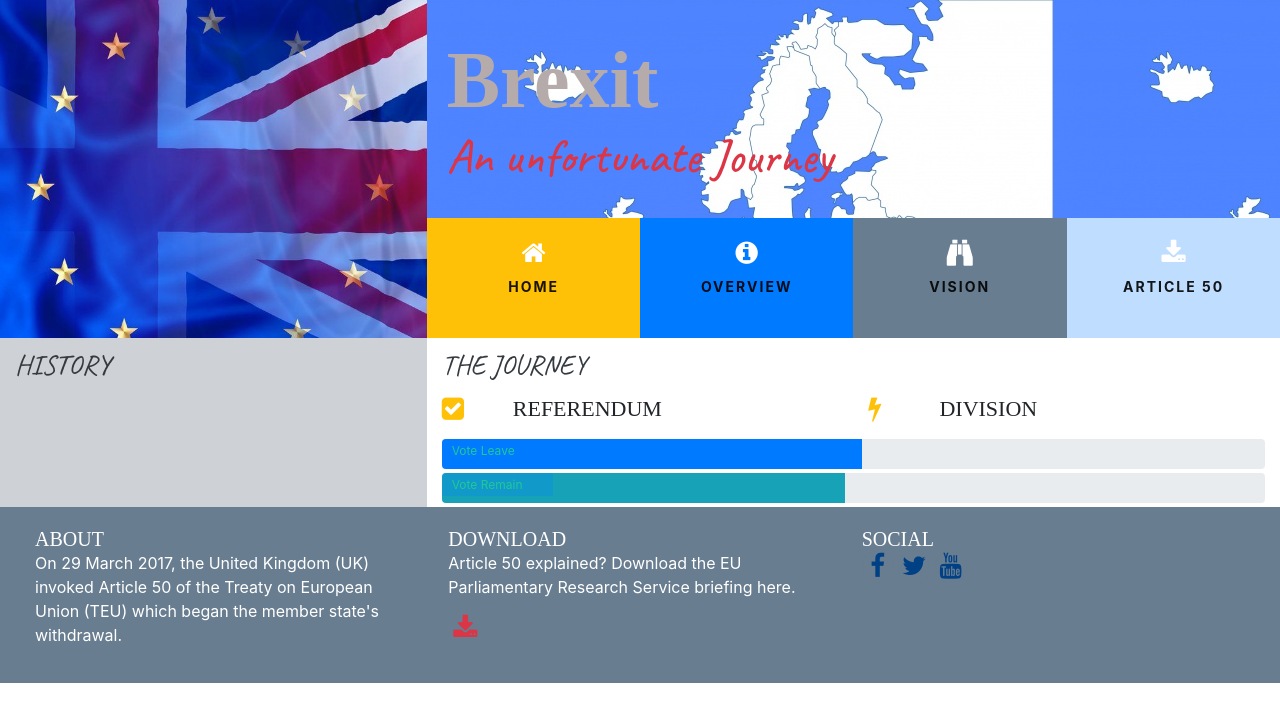
Repository: isiko1/Milestone_Project_One
Page: overview.html
The author's editor kept a record of every edit. The page is drawn from the files as they stood at one moment, then again after the next edit.
The browser window is 1280 px wide. The pictures show the whole page.
Some web fonts or font styles are not loaded; a fallback is used.

Above is the page before.

### overview.html
<!DOCTYPE html>
<html lang="en">

<head>
    <meta charset="UTF-8">
    <meta name="viewport" content="width=device-width, initial-scale=1.0">
    <meta http-equiv="X-UA-Compatible" content="ie=edge">
    <link rel="stylesheet" href="https://stackpath.bootstrapcdn.com/bootstrap/4.3.1/css/bootstrap.min.css" type="text/css" />
    <link rel="stylesheet" href="https://stackpath.bootstrapcdn.com/font-awesome/4.7.0/css/font-awesome.min.css" type="text/css" />
    <link rel="stylesheet" href="https://cdnjs.cloudflare.com/ajax/libs/hover.css/2.3.1/css/hover-min.css" type="text/css" />
    <link rel="stylesheet" href="info/css/style.css" type="text/css" />
    <title>Brexit - An unfortunate Journey</title>
</head>

<body>
    <header>
        <div class="row no-gutters">
            <a href="index.html" class="col-md-4 logo-euk">
            </a>
            <div class="col-md-8">
                <div class="row no-gutters bg-color-name-title">
                    <div class="col heading">
                        <h1 class="title">Brexit</h1>
                        <h3 class="subtitle">An unfortunate Journey</h3>
                    </div>
                </div>
                <div class="row no-gutters">
                    <div class="col">
                        <ul id="nav" class="list-inline menucontainer">
                            <li class="col-6 col-sm-3 menu-color-home list-inline-item menu-item">
                                <a href="#" class="hvr-sweep-to-right"><i class="fa fa-home" aria-hidden="true"></i><span>Home</span></a>
                            </li>
                            <li class="col-6 col-sm-3 menu-color-overview list-inline-item menu-item">
                                <a href="#" class="hvr-sweep-to-right"><i class="fa fa-info-circle" aria-hidden="true"></i><span>Overview</span></a>
                            </li>
                            <li class="col-6 col-sm-3 menu-color-vision list-inline-item menu-item">
                                <a href="#" class="hvr-sweep-to-right"><i class="fa fa-binoculars" aria-hidden="true"></i><span>Vision</span></a>
                            </li>
                            <li class="col-6 col-sm-3 menu-color-article list-inline-item menu-item">
                                <a href="#" class="hvr-sweep-to-right"><i class="fa fa-download" aria-hidden="true"></i><span>Article 50</span></a>
                            </li>
                        </ul>
                    </div>
                </div>
            </div>
            <div>
            </div>
    </header>
    <section class="container-fluid">
        <div class="row">
            <div class="col-md-4 bg-color-institutions section-column">
                <div class="row">
                    <div class="col-12">
                        <h3 class="section-heading uppercase">History</h3>
                    </div>
                </div>
            </div>
            <div class="col-md-8 bg-color-members section-column">
                <div class="row">
                    <div class="col">
                        <h3 class="section-heading uppercase">The Journey</h3>
                    </div>
                </div>
                <div class="row">
                    <div class="col-10 offset-1 offset-sm-0 col-sm-4 col-md-6">
                        <div class="row">
                            <div class="col-2">
                                <i class="members-icon fa fa-check-square" aria-hidden="true"></i>
                            </div>
                            <div class="col-10">
                                <h4 class="members-heading uppercase">Referendum</h4>
                                <p class="paragraph-contents"></p>
                            </div>
                        </div>
                    </div>
                    <div class="col-10 offset-1 offset-sm-0 col-sm-4 col-md-6">
                        <div class="row">
                            <div class="col-2">
                                <i class="members-icon fa fa-bolt" aria-hidden="true"></i>
                            </div>
                            <div class="col-10">
                                <h4 class="members-heading uppercase">Division</h4>
                                <p class="paragraph-contents"> </p>
                            </div>
                        </div>
                    </div>
                </div>
                <div class="row">
                    <div class="col">
                        <div class="progress">
                            <div class="progress-bar" role="progressbar" aria-valuenow="51" aria-valuemin="0" aria-valuemax="100" style="width:51%;">
                                <span class="sr-only">51% complete</span>
                            </div>
                            <span class="progress-type"> Vote Leave</span>
                        </div>
                       <div class="progress">
                            <div class="progress-bar bg-info" role="progressbar" aria-valuenow="49" aria-valuemin="0" aria-valuemax="100" style="width:49%;">
                            <span class="sr-only">49% complete</span>
                        </div>
                        <span class="progress-type"> Vote Remain</span>
                    </div>
                       </div>
                </div>
            </div>
    </section>
    <footer class="container-fluid">
        <div id="footer-details" class="row">
            <div class="col-sm-4">
                <h5 class="uppercase general">About</h5>
                <p class="inline-block">On 29 March 2017, the United Kingdom (UK) invoked Article 50 of the Treaty on European Union (TEU) which began the member state's withdrawal.</p>
            </div>

            <div class="col-sm-4">
                <h5 class="uppercase general">Download</h5>
                <p class="inline-block">Article 50 explained? Download the EU Parliamentary Research Service briefing here.</p>
                <a href="" target="_blank" class="art-pdf">
            <i class="fa fa-download" aria-hidden="true"></i>
            <span class="sr-only">Download link.</span>
            </a>
            </div>
            <div class="col-sm-4">
                <h5 class="uppercase general">Social</h5>
                <ul class="list-inline social-links">
                    <li class="list-inline-item">
                        <a target="_blank" href="#">
                        <i class="fa fa-facebook" aria-hidden="true"></i>
                        <span class="sr-only">Facebook</span>
                    </a>
                    </li>
                    <li class="list-inline-item">
                        <a target="_blank" href="#">
                        <i class="fa fa-twitter" aria-hidden="true"></i>
                        <span class="sr-only">Twitter</span>
                        </a>
                    </li>
                    <li class="list-inline-item">
                        <a target="_blank" href="#">
                        <i class="fa fa-youtube" aria-hidden="true"></i>
                        <span class="sr-only">YouTube</span>
                        </a>
                    </li>
                </ul>
            </div>
        </div>
    </footer>
</body>

</html>

### info/css/style.css
@import url('https://fonts.googleapis.com/css?family=Caveat:100,200,300,400,500,600,700|Tinos,100,200,300,400,500,600,700');

/*---------Style---------------------------------------------*/

h1,
h2,
h3,
h4,
h5 {
    margin: 0;
    }

.uppercase {
    text-transform: uppercase;
}

.general {
    font-family: "Tinos", sans-serif;
    color: #fff;
}
.institutions-item {
    font-size: 26px;
    font-weight: 300;
}

/*................backgoundcolor*/

.bg-color-institutions {
    background-color: #ced2d6;
}


.bg-color-name-title  {
    background-image: url("../images/europe.jpg")
}

.menu-color-home {
    background-color: #ffc107;
}

.menu-color-overview {
    background-color: #007bff;
}

.menu-color-vision {
    background-color: #687d90;
}

.menu-color-article {
    background-color: rgba(0, 123, 255, .25);
}

/*-------------------Header-----------------*/

header {
    margin: 0;
}

.logo {
    background-image: url("../images/eu.jpg");
    background-position: center;
    background-repeat: no-repeat;
    background-size: cover;
    min-height: 120px;
    transition: all .5s ease-in-out;
    -moz-transition: all .5s ease-in-out;
    -o-transition: all .5s ease-in-out;
    -webkit-transition: all .5s ease-in-out;
}

.logo-uk {
    background-image: url("../images/uk.jpg");
    background-position: center;
    background-repeat: no-repeat;
    background-size: cover;
    min-height: 120px;
    transition: all .5s ease-in-out;
    -moz-transition: all .5s ease-in-out;
    -o-transition: all .5s ease-in-out;
    -webkit-transition: all .5s ease-in-out;

}

.logo-euk {
    background-image: url("../images/flag.jpg");
    background-position: center;
    background-repeat: no-repeat;
    background-size: cover;
    min-height: 120px;
    transition: all .5s ease-in-out;
    -moz-transition: all .5s ease-in-out;
    -o-transition: all .5s ease-in-out;
    -webkit-transition: all .5s ease-in-out;

}

.title {
    font-family: Tinos, sans-serif;
    font-weight: 600;
    font-size: 5rem;
    margin-top: 2rem;
    color: #b5abab;
    padding-left: 20px;
}


.subtitle {
    font-family: Caveat, sans-serif;
    font-weight: 500;
    font-size: 3rem;
    margin-bottom: 2rem;
    color: #dc3545;
    padding-left: 20px;
}

.list-inline-item:not(:last-child) {
    margin: 0;
}

/*---------------Menu Items-----------------*/

.menucontainer {
    font-size: 0;
}

#nav {
    margin: 0;
}

#nav li {
    font-size: 14px;
}

.menu-item {
    height: 120px;
    text-align: center;
    padding: 0;
}

.menu-item a {
    width: 100%;
    text-decoration: none;
    color: #fff;
    height: 120px;
}

.menu-item a i {
    padding-top: 22px;
    display: block;
    font-size: 26px;
}

.menu-item span {
    display: block;
    width: 100%;
    text-align: center;
    padding-top: 10px;
    text-transform: uppercase;
    letter-spacing: 2px;
    color: rgba(0, 0, 0, .9);
    font-weight: bold
}

.section-heading {
    margin-top: 10px;
    margin-bottom: 15px;
    font-family: "Caveat", sans-serif;
    font-weight: 300;
    color: #343a40;
}

.members-heading {
    font-family: "Tinos", sans-serif;
    font-size: 22px;
    margin-bottom: 15px;

}

.paragraph-contents {
    font-size: 18px;
}

/*------------------------------------hover/footer-----*/

.hvr-sweep-to-right:before {
    background-color: #9fecb1;
    transition-timing-function: ease-in;
    transition-delay: 0.1s;
}

footer {
    background-color: #687d90;
    min-height: 120px;
    color:#fff;
    margin: 0;
}

.art-pdf i {
    font-size: 26px;
    color: #dc3545;
    text-align: center;
    padding-left: 5px;
    -moz-transition: all 0.35s ease-in-out;
    -webkit-transition: all 0.35s ease-in-out;
    -o-transition: all 0.35s ease-in-out;
}

.art-pdf i:hover {
    color: rgba(0, 123, 255, .25);
}

.social-links {
    padding-bottom: 15px;
}

.social-links li a i {
    width: 32px;
    height: 32px;
    padding: 12px 0;
    border-radius: 50%;
    font-size: 26px;
    line-height: 7px;
    text-align: center;
    color: #004085;
    background-color: #687d90;
    -moz-transition: all 0.35s ease-in-out;
    -webkit-transition: all 0.35s ease-in-out;
    -o-transition: all 0.35s ease-in-out;

}

.social-links li a i:hover {
    background: #dc3545;
}

#footer-details {
    padding: 20px;

}

/*--------------------Members----------*/

.members-icon {
    font-size: 26px;
    color: #ffc107;
}

.progress{
    position: relative;
    height:30px;
    margin-bottom: 4px;

}
.progress-type{
    position: absolute;
    left: 0px;
    font-weight: 400;
    padding: 3px 30px 2px 10px;
    color: #20c997;
    background-color: rgba(0,123,255,.25);
}

After the next edit:
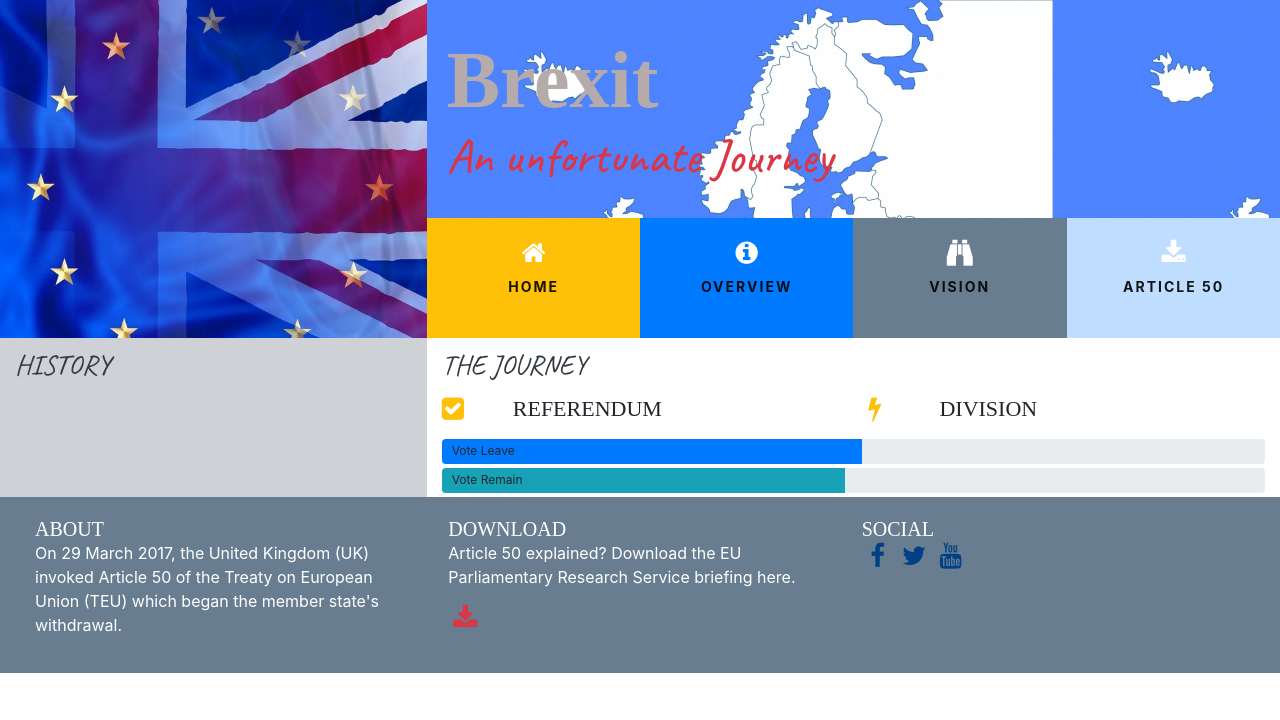
The edit:
--- a/info/css/style.css
+++ b/info/css/style.css
@@ -245,17 +245,18 @@
     color: #ffc107;
 }
 
-.progress{
+.progress {
     position: relative;
-    height:30px;
+    height: 25px;
     margin-bottom: 4px;
 
 }
-.progress-type{
+
+.progress-type {
     position: absolute;
     left: 0px;
     font-weight: 400;
     padding: 3px 30px 2px 10px;
-    color: #20c997;
-    background-color: rgba(0,123,255,.25);
-}
+    color: ;
+    background-color: ;
+}
